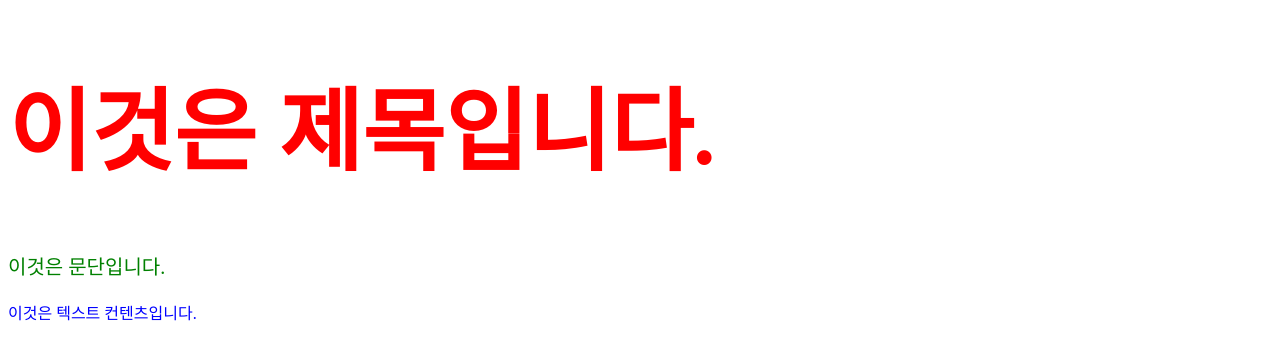
Repository: JeongminHW/Web_study
Page: HTML/myHTML/src/main/webapp/ch05/inline.html
An editor plug-in stored every save of this project. The page is shown before and after the next save, followed by the edit.
The browser window is 1280 px wide. The pictures show the whole page.

Above is the page before, as saved 2024-07-10 00:34:26.

### HTML/myHTML/src/main/webapp/ch05/inline.html
<!DOCTYPE html>
<html>
<head>
<meta charset="UTF-8">
<title>인라인 스타일</title>
</head>
<body>
	<h1 style="color: red; font-size: 90px">이것은 제목입니다.</h1>
	<p style="color: green; font-size: 20px">이것은 문단입니다.</p>
	<div style="color: blue; font-size: 16px">이것은 텍스트 컨텐츠입니다.</div>
</body>
</html>

After the next save:
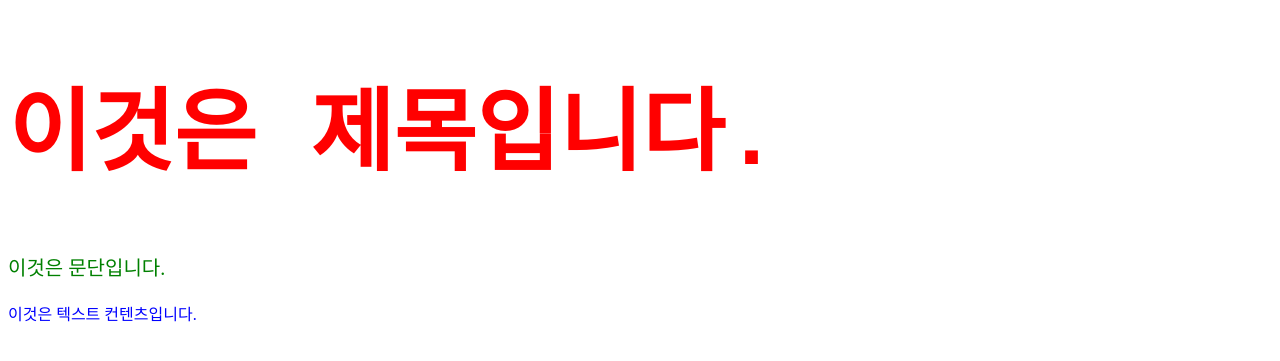
Saved 64 s later.
--- a/HTML/myHTML/src/main/webapp/ch05/inline.html
+++ b/HTML/myHTML/src/main/webapp/ch05/inline.html
@@ -5,8 +5,11 @@
 <title>인라인 스타일</title>
 </head>
 <body>
-	<h1 style="color: red; font-size: 90px">이것은 제목입니다.</h1>
+	<!-- 태그에 직접 스타일을 적용하는 방법 -->
+	<h1 style="color: red; font-size: 90px; font-family: monospace;">이것은 제목입니다.</h1>
 	<p style="color: green; font-size: 20px">이것은 문단입니다.</p>
 	<div style="color: blue; font-size: 16px">이것은 텍스트 컨텐츠입니다.</div>
+
+
 </body>
 </html>
